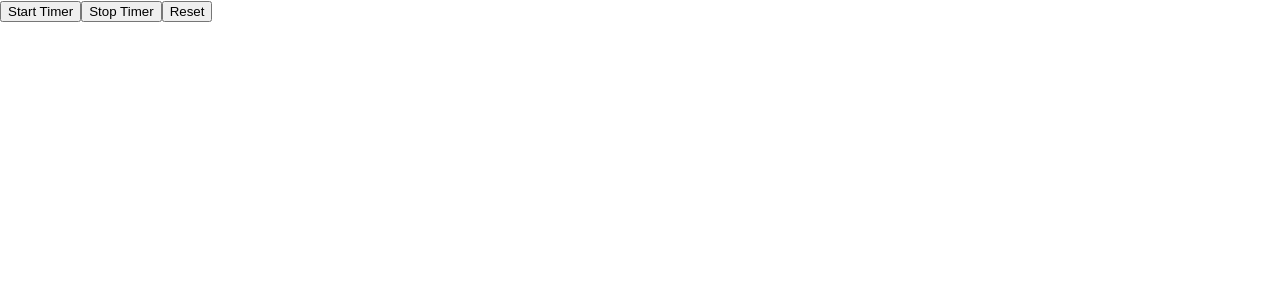
Repository: Aakash20bhatt/LearnReact
Page: / (app in machine-coding/)
These files come from the project's save history. The page is drawn as it stood at one moment and after the next save; the edit follows.
The browser window is 1280 px wide. The pictures show the whole page.
The project was rebuilt for these pictures with package versions that can differ from the ones it lists, and the page was loaded fresh each time. Also part of the build but not shown: machine-coding/src/App.css.

Above is the page before, as saved 2024-09-22 20:39:26.

After the next save:
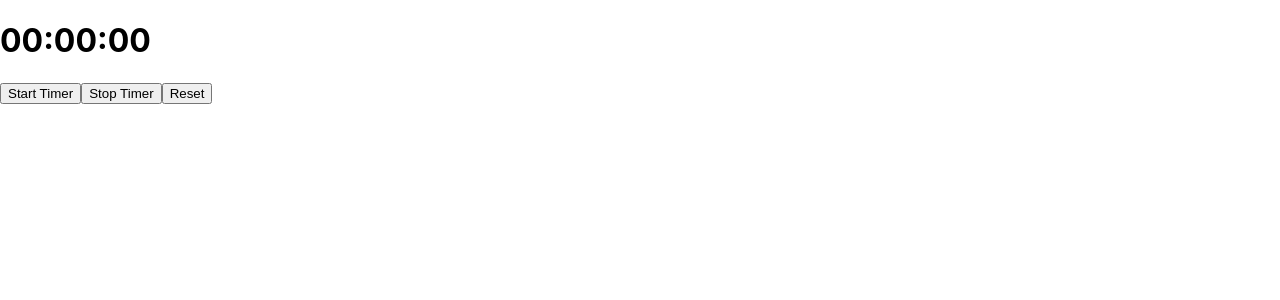
Saved 13 min 25 s later.
--- a/machine-coding/src/components/StopWatch.jsx
+++ b/machine-coding/src/components/StopWatch.jsx
@@ -2,6 +2,12 @@ import { useState } from "react";
 
 export default function StopWatch(){
     const [time,setTime] = useState(0) // time represents time in seconds
+
+    const startTimer = ()=>{
+        setInterval(()=>{
+            setTime((prevTime)=>prevTime+1)
+        },1000)
+    }
     const formatTime = (time)=>{
         const getSeconds = `0${time%60}`.slice(-2);
         const getMinutes = `0${(Math.floor(time/60)%60)}`.slice(-2);
@@ -10,7 +16,8 @@ export default function StopWatch(){
     }
     return(
         <>
-            <button>Start Timer</button>
+            <h1>{formatTime(time)}</h1>
+            <button onClick={startTimer}>Start Timer</button>
             <button>Stop Timer</button>
             <button>Reset</button>
         </>
